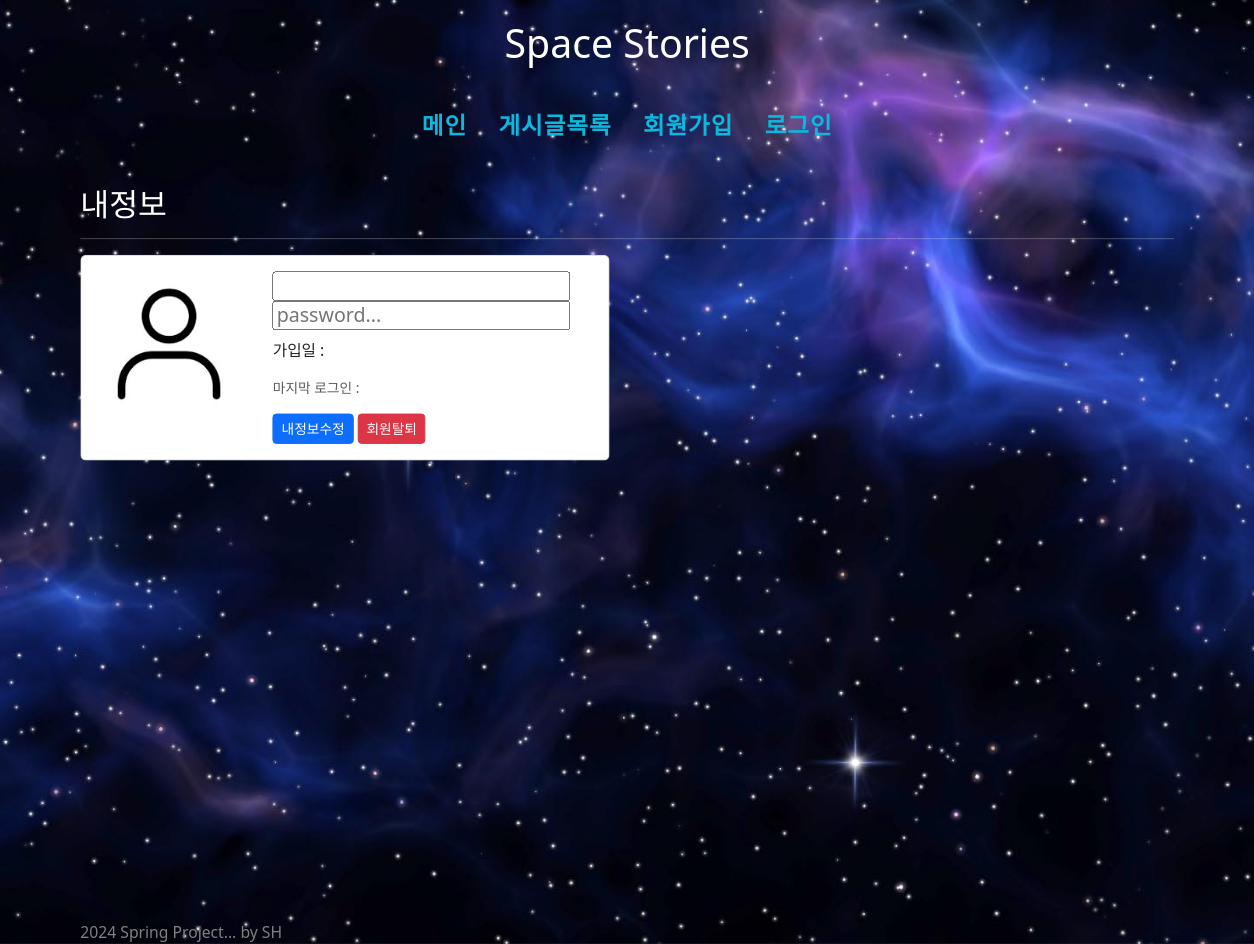
Repository: dtkd19/spring_personal_project
Page: http://localhost/myproject/WEB-INF/views/user/mypage.jsp
The author's editor kept a copy of each file at every save. The page is drawn from the files as they stood at one save, then again after the next save.
The browser window is 1280 px wide. The pictures show the whole page, at 98% of full size.
The page is served by Tomcat 9. Nobody is signed in. Other server files are loaded and not shown. The template is opened directly, without the code that normally fills it, so the values that code supplies are empty.

Above is the page before, as saved 2024-11-11 00:45:39.

### myproject/src/main/webapp/WEB-INF/views/user/mypage.jsp
<%@ page language="java" contentType="text/html; charset=UTF-8"
    pageEncoding="UTF-8"%>
<%@ taglib uri="http://java.sun.com/jsp/jstl/core" prefix="c"%>
<%@ taglib uri="http://www.springframework.org/security/tags" prefix="sec" %>
<link href="../resources/css/mypage.css" rel="stylesheet"/>

<jsp:include page="../layout/header.jsp" />
<div class="container-md Cmd">
	<h2> 내정보 </h2>
	<hr>

	<sec:authentication property="principal.uvo" var="uvo"/>
		<form action="/user/mypage" method="post">
		<input type="hidden" name="email" value="${uvo.email }">
		<div class="card mb-3" style="max-width: 540px;">
			<div class="row g-0">
				<div class="col-md-4">
					<img src="/resources/image/사람2.png" class="img-fluid rounded-start"
						alt="...">
				</div>
				<div class="col-md-8">
					<div class="card-body">
						<h5 class="card-title">
							<input type="text" id="n" name="nickName" value="${uvo.nickName }">
							<input type="text" id="p" name="pwd" placeholder="password...">
						</h5>
						<c:forEach items="${uvo.authList }" var="avo">
							<span class="badge text-bg-info">${avo.auth }</span>
						</c:forEach>
						<p class="card-text">가입일 : ${uvo.regDate }</p>
						<p class="card-text">
							<small class="text-body-secondary">마지막 로그인 :
								${uvo.lastLogin }</small>
						</p>
						<a href="/user/modify"><button type="submit" class = "btn btn-primary btn-sm">내정보수정</button></a>
						<a href="/user/delete"><button type="button" class = "btn btn-danger btn-sm">회원탈퇴</button></a>
					</div>
				</div>
			</div>
		</div>
		</form>

</div>
<jsp:include page="../layout/footer.jsp" />

### myproject/src/main/webapp/resources/css/mypage.css
@charset "UTF-8";

.Cmd{
	height: 700px;
}

### myproject/src/main/webapp/resources/css/header.css
@charset "UTF-8";

body{
	background-image: url("../image/123123123.jpg");
    background-size: cover;
    background-position: center center;
    background-repeat: no-repeat;

.nbar{
	width : 100%;
	color: #ECF0F5;
}

.nbar a{
	  color: #0DB8DE;
	  text-decoration: none;
	  font-weight: bold;
	  letter-spacing: 1px;
	  transition: color 0.3s ease;
	  margin-top: 10px;
}
.nbar a:hover {
    color: #0098C;
}

.container-md{
	margin-top: 30px;
	color: white;
}

.pj{
	padding: 20px;
	color: white;
}

Loaded but not shown: myproject/src/main/webapp/WEB-INF/views/layout/header.jsp (common file); myproject/src/main/webapp/WEB-INF/views/layout/footer.jsp (common file)

After the next save:
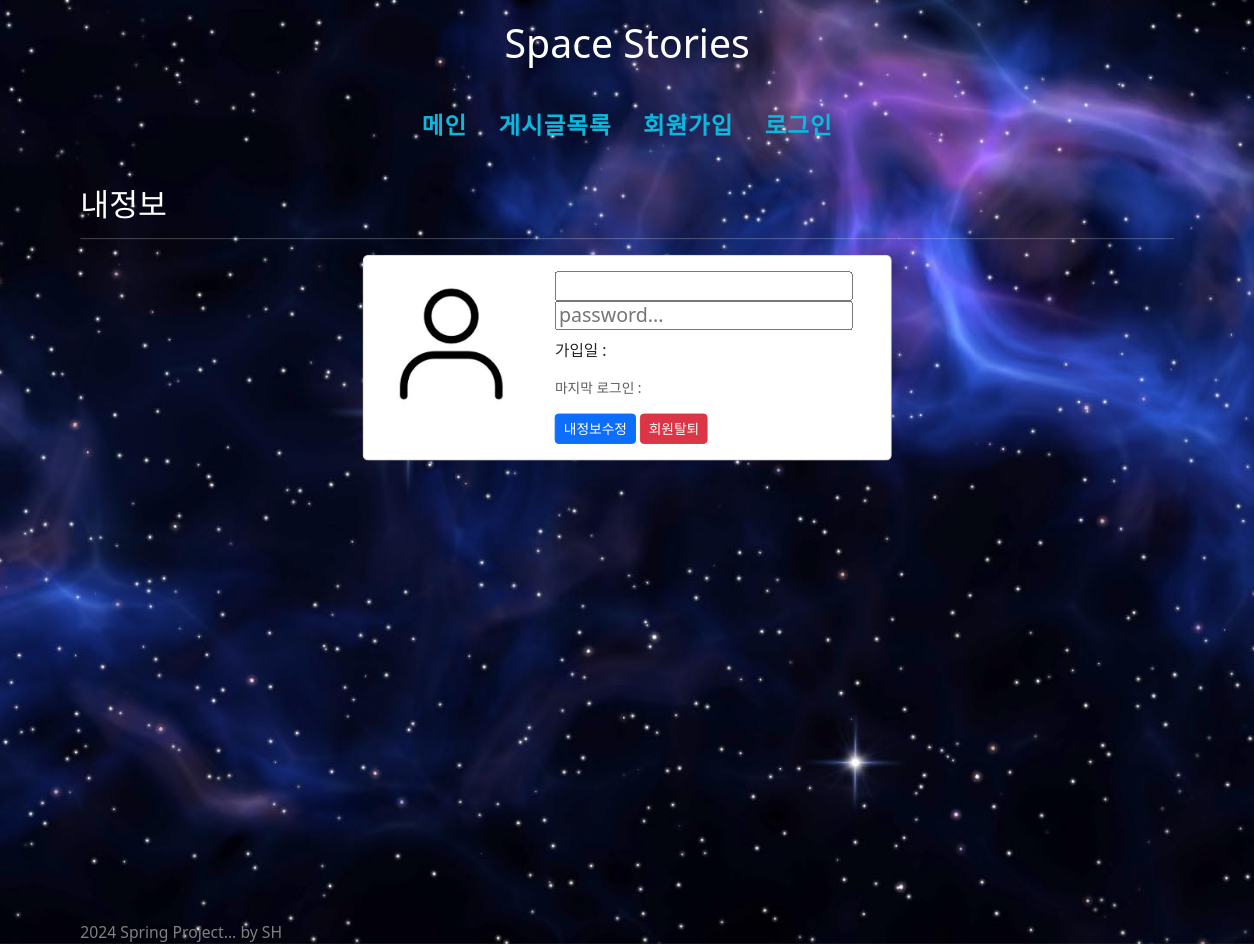
Saved 28 s later.
--- a/myproject/src/main/webapp/resources/css/mypage.css
+++ b/myproject/src/main/webapp/resources/css/mypage.css
@@ -3,3 +3,8 @@
 .Cmd{
 	height: 700px;
 }
+
+
+.card{
+	margin: 0 auto;
+}
